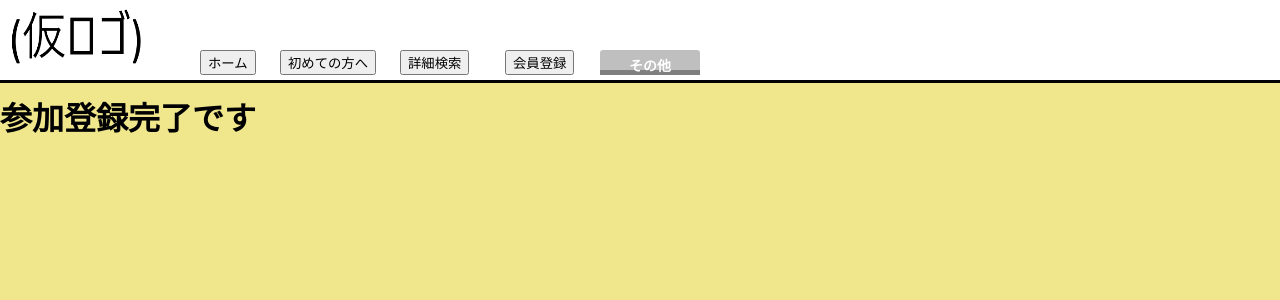
Repository: k0816/backup-master
Page: http://localhost/cycle/partyJoinComplete .jsp
An editor plug-in stored every save of this project. The page is shown before and after the next save, followed by the edit.
The browser window is 1280 px wide. The pictures show the whole page.
The page is served by Tomcat 9.

Above is the page before, as saved 2018-01-18 04:09:19.

After the next save:
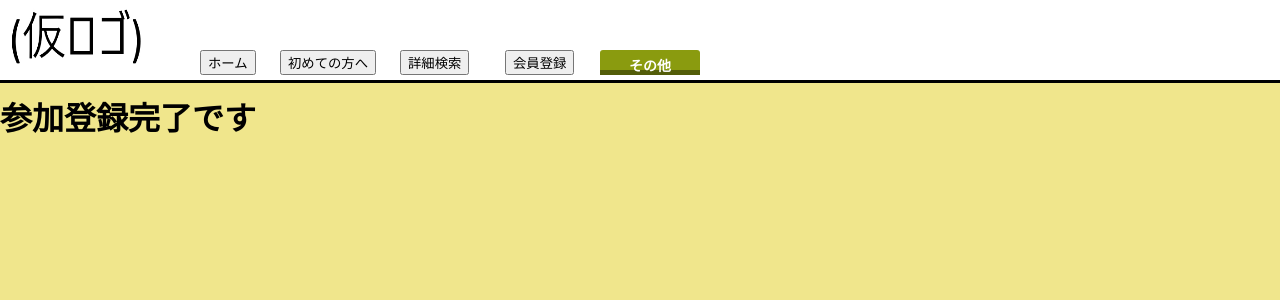
Saved 47 s later.
--- a/cycle/WebContent/includeHeader.jsp
+++ b/cycle/WebContent/includeHeader.jsp
@@ -78,8 +78,8 @@
 	height: 20px;
 	margin: 0px auto 0px;
 	padding: 0;
-	background: #bfbfbf;
-	border-bottom: 5px solid #7f7f7f;
+	background: #8a9b0f;
+	border-bottom: 5px solid #535d09;
 	border-radius: 3px 3px 0 0;
 	position: absolute;
 	left: 600px;
@@ -106,7 +106,7 @@
 }
 
 #dropmenu li:hover>a {
-	background: #bfbfbf;
+	background: #6e7c0c;
 	color: #eff7b1;
 }
 
@@ -138,7 +138,7 @@
 
 #dropmenu li ul li a {
 	padding: 13px 13px;
-	background:#bfbfbf;
+	background: #6e7c0c;
 	text-align: center;
 	font-size: 12px;
 	font-weight: normal;
@@ -147,7 +147,7 @@
 #dropmenu li:hover ul li {
 	overflow: visible;
 	height: 38px;
-	border-top: 1px solid #bfbfbf;
+	border-top: 1px solid #7c8c0e;
 	border-bottom: 1px solid #616d0b;
 }
 

After the save that followed:
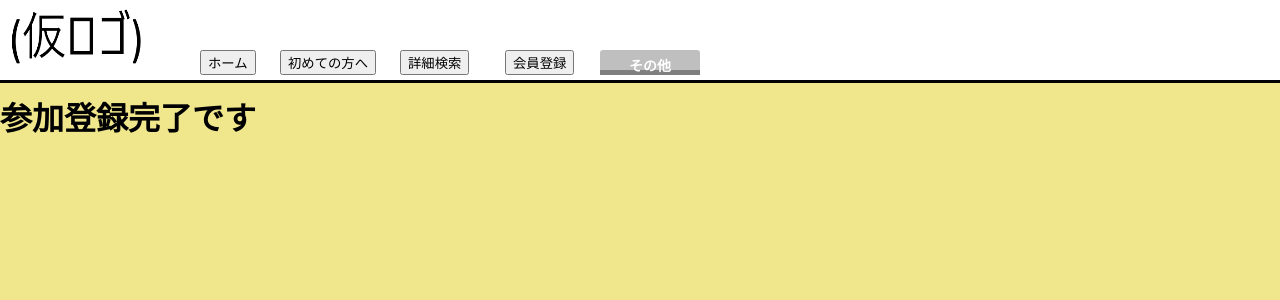
Saved 22 s later.
--- a/cycle/WebContent/includeHeader.jsp
+++ b/cycle/WebContent/includeHeader.jsp
@@ -78,8 +78,8 @@
 	height: 20px;
 	margin: 0px auto 0px;
 	padding: 0;
-	background: #8a9b0f;
-	border-bottom: 5px solid #535d09;
+	background: #bfbfbf;
+	border-bottom: 5px solid #7f7f7f;
 	border-radius: 3px 3px 0 0;
 	position: absolute;
 	left: 600px;
@@ -106,7 +106,7 @@
 }
 
 #dropmenu li:hover>a {
-	background: #6e7c0c;
+	background: #bfbfbf;
 	color: #eff7b1;
 }
 
@@ -138,7 +138,7 @@
 
 #dropmenu li ul li a {
 	padding: 13px 13px;
-	background: #6e7c0c;
+	background:#bfbfbf;
 	text-align: center;
 	font-size: 12px;
 	font-weight: normal;
@@ -147,7 +147,7 @@
 #dropmenu li:hover ul li {
 	overflow: visible;
 	height: 38px;
-	border-top: 1px solid #7c8c0e;
+	border-top: 1px solid #bfbfbf;
 	border-bottom: 1px solid #616d0b;
 }
 
